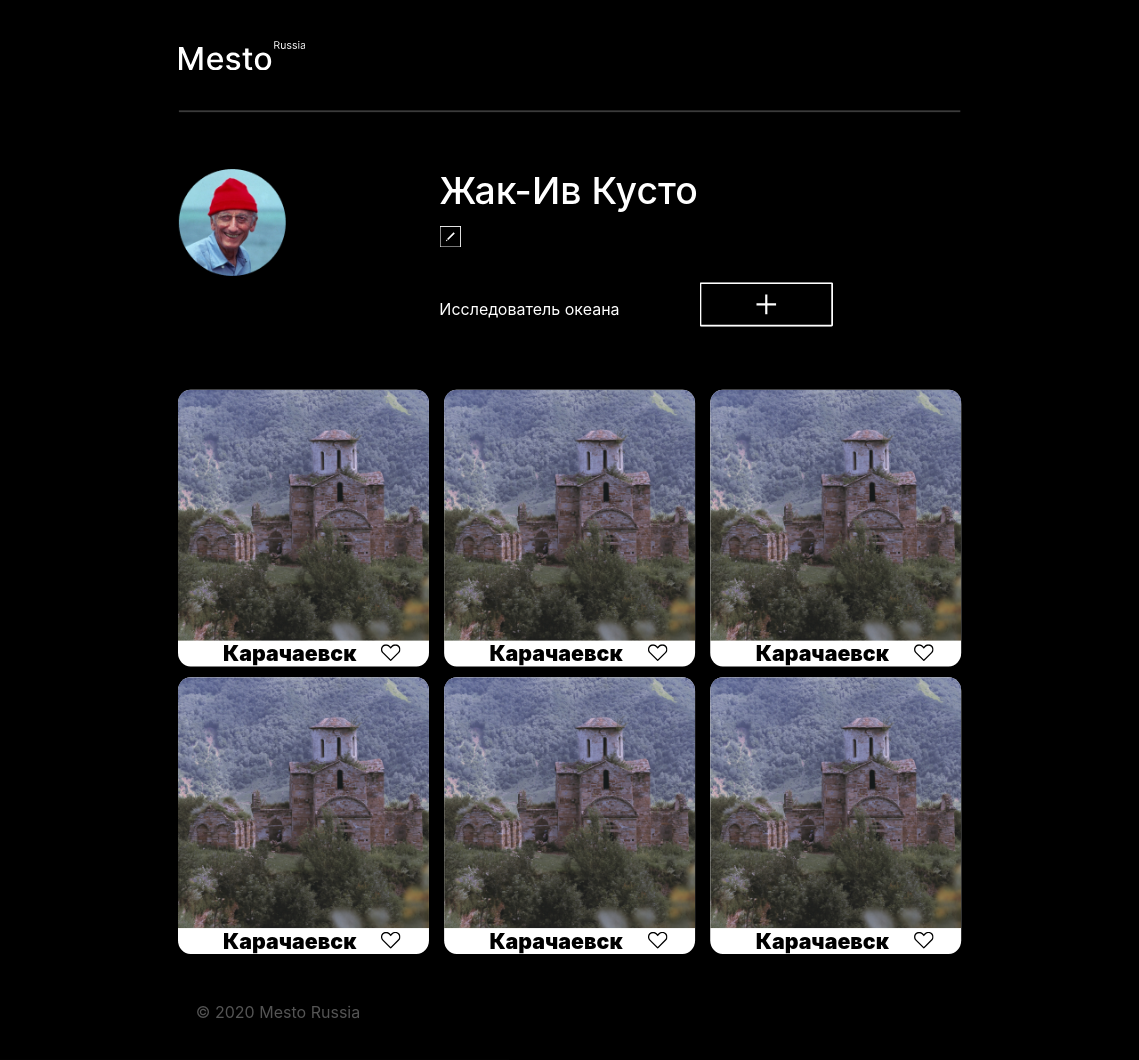
Repository: Ivan2399/mesto-project
Page: index.html
These files come from the project's save history. The page is drawn as it stood at one moment and after the next save; the edit follows.
The browser window is 1280 px wide. The pictures show the whole page, at 89% of full size.

Above is the page before, as saved 2021-11-16 18:26:06.

### index.html
<!DOCTYPE html>
<html lang="ru">

<head>
    <meta charset="UTF-8">
    <meta http-equiv="X-UA-Compatible" content="IE=edge">
    <meta name="viewport" content="width=device-width, initial-scale=1.0">
    <link rel="stylesheet" href="./pages/index.css" />
    <title>Mesto</title>
</head>

<body class="root">
    <div class="page">
        <header class="header">
            <div class="header__container">
                <img class="header__logo" src="images/logo/Vector.svg" alt="Логотип">
                <div class="header__line"></div>
            </div>
        </header>
        <main class="content">
            <section class="profile profile__container_mobile">
                <div class="profile__avatar" alt="Аватарка"></div>
                <h2 class="profile__nickname">Жак-Ив Кусто<button class="profile__buttons_type_editig"></button></h2>
                <p class="profile__hobbyname">Исследователь океана</p>

                <button class="profile__buttons_type_add"></button>
            </section>
            <section class="table">
                <div class="table__container table__container_mobile">
                    <div class="table__card">
                        <img class="table__image" src="images/table/Karachaevsk.png" alt="Крепость">
                        <h2 class="table__title">Карачаевск <img class="table__button table__button_active"
                                src="images/buttons/Vector.svg" alt="Лайк"></h2>
                    </div>
                    <div class="table__card">
                        <img class="table__image" src="images/table/Karachaevsk.png" alt="Крепость">
                        <h2 class="table__title">Карачаевск <img class="table__button table__button_active"
                                src="images/buttons/Vector.svg" alt="Лайк"></h2>
                    </div>
                    <div class="table__card">
                        <img class="table__image" src="images/table/Karachaevsk.png" alt="Крепость">
                        <h2 class="table__title">Карачаевск <img class="table__button table__button_active"
                                src="images/buttons/Vector.svg" alt="Лайк"></h2>
                    </div>
                    <div class="table__card">
                        <img class="table__image" src="images/table/Karachaevsk.png" alt="Крепость">
                        <h2 class="table__title">Карачаевск <img class="table__button table__button_active"
                                src="images/buttons/Vector.svg" alt="Лайк"></h2>
                    </div>
                    <div class="table__card">
                        <img class="table__image" src="images/table/Karachaevsk.png" alt="Крепость">
                        <h2 class="table__title">Карачаевск <img class="table__button table__button_active"
                                src="images/buttons/Vector.svg" alt="Лайк"></h2>
                    </div>
                    <div class="table__card">
                        <img class="table__image" src="images/table/Karachaevsk.png" alt="Крепость">
                        <h2 class="table__title">Карачаевск <img class="table__button table__button_active"
                                src="images/buttons/Vector.svg" alt="Лайк"></h2>
                    </div>
                </div>
            </section>
            <section class="footer">
                <h2 class="footer__logo">© 2020 Mesto Russia</h2>
            </section>
        </main>
    </div>
</body>

</html>

### pages/index.css
@import url(../blocks/root/root.css);
@import url(../blocks/page/page.css);
@import url(../blocks/content/content.css);

/* header */

@import url(../blocks/header/header.css);
@import url(../blocks/header/__container/header__container.css);
@import url(../blocks/header/__logo/header__logo.css);
@import url(../blocks/header/__line/header__line.css);

/* profile */

@import url(../blocks/profile/profile.css);
@import url(../blocks/profile/__avatar/profile__avatar.css);
@import url(../blocks/profile/__container/profile__container.css);
@import url(../blocks/profile/__buttons/profile__buttons.css);
@import url(../blocks/profile/__buttons/_type/profile__buttons_type_add.css);
@import url(../blocks/profile/__buttons/_type/profile__buttons_type_editig.css);
@import url(../blocks/profile/__hobbyname/profile__hobbyname.css);
@import url(../blocks/profile/__nickname/profile__nickname.css);
@import url(../blocks/profile/__container/_mobile/profile__container_mobile.css);

/* table */

@import url(../blocks/table/table.css);
@import url(../blocks/table/__button/table__button.css);
@import url(../blocks/table/__card/table__card.css);
@import url(../blocks/table/__container/table__container.css);
@import url(../blocks/table/__image/table__image.css);
@import url(../blocks/table/__title/table__title.css);
@import url(../blocks/table/__container/_mobile/table__container_mobile.css);
@import url(../blocks/table/__button/_active/table__button_active.css);

/* footer */

@import url(../blocks/footer/footer.css);
@import url(../blocks/footer/__logo/footer__logo.css);

### images/buttons/Vector.svg
<svg width="22" height="19" viewBox="0 0 22 19" fill="none" xmlns="http://www.w3.org/2000/svg">
<path d="M20.2991 9.78586C22.567 7.54338 22.567 3.90213 20.2991 1.68186C18.0311 -0.560619 14.3486 -0.560619 12.0806 1.68186L10.9804 2.792L9.88007 1.70406C7.61215 -0.560619 3.92957 -0.560619 1.6841 1.68186C0.583822 2.76979 0 4.21297 0 5.74496C0 7.27695 0.606277 8.72013 1.6841 9.80806L10.9804 19L20.2991 9.78586ZM1.4371 5.74496C1.4371 4.59042 1.8862 3.52469 2.71702 2.72539C3.5703 1.88168 4.67058 1.45983 5.77086 1.45983C6.87114 1.45983 7.97142 1.88168 8.8247 2.72539L10.9804 4.83465L13.136 2.70318C14.8201 1.03798 17.582 1.03798 19.2437 2.70318C20.0521 3.50248 20.5236 4.56821 20.5236 5.72276C20.5236 6.8773 20.0745 7.94303 19.2437 8.74233L10.9804 16.9351L2.71702 8.76453C1.90865 7.94303 1.4371 6.8773 1.4371 5.74496Z" fill="black"/>
</svg>

### blocks/root/root.css
.root{
    margin: 0;
    padding: 0;
    font-family: "Inter";
    color: #FFFFFF;
}
h1,h2,h3,h4,h5,h6,p{
    margin: 0;
    padding: 0;
    font-family: "Inter";
    color: #FFFFFF;
}

### blocks/page/page.css
.page {
  background-color: #000000;
  max-width: 1280px;
  margin: auto;
}

### blocks/header/header.css
.header{
    display: grid;
}

### blocks/header/__container/header__container.css
.header__container {
  margin: 0 15.7% 0 15.7%;
  max-width: 880px;
  width: 68.6%;
}

### blocks/header/__logo/header__logo.css
.header__logo{
    margin: 5.2% 0 4.7% 0;
}
@media screen and (min-width:300px) and (max-width:600px){
    .header__logo{
        width:103.74px;
        height:24.24px;
    }
}

### blocks/header/__line/header__line.css
.header__line{
    border: 1px solid #545454;
    opacity: 0.7;
}

### blocks/profile/profile.css
.profile {
  display: grid;
  grid-template-columns: repeat(2,1fr);
  margin: 5% 15.7% 0 15.7%;
  max-width: 880px;
  width: 68.6%;
}

### blocks/profile/__avatar/profile__avatar.css
.profile__avatar{
    width:168.75px;
    height:127.5px;
    background-image: url(../../../images/avatar/Avatar.png);
    background-repeat: no-repeat;
}

### blocks/profile/__container/profile__container.css
.profile__container {
  display: flex;
  align-items: center;
  flex-direction: row;
  flex-wrap: wrap;
}

### blocks/profile/__buttons/profile__buttons.css
.profile__buttons{
    display: flex;
    flex-direction: row;
    justify-content: space-between;
    align-items: center;
}

### blocks/profile/__buttons/_type/profile__buttons_type_add.css
.profile__buttons_type_add {
  width: 150px;
  height: 50px;
  background-image: url(../../../../images/buttons/Add\ Button.svg);
  background-color: black;
  border: none;
  background-size: cover;
  background-repeat: no-repeat;

  margin-bottom: 6.7%;
}
.profile__buttons_type_add:hover {
  opacity: 0.6;
  border: 2px solid #ffffff;
  box-sizing: border-box;
  border-radius: 2px;
}

### blocks/profile/__buttons/_type/profile__buttons_type_editig.css
.profile__buttons_type_editig {
  width: 24px;
  height: 24px;
  background-image: url(../../../../images/buttons/Edit\ Button.svg);
  background-color: black;
  border: none;
  background-size: cover;
  background-repeat: no-repeat;
  margin-bottom: 6.7%;
  grid-column: 2;
  grid-row: 1;
}
.profile__buttons_type_editig:hover {
  border: 1px solid #ffffff;
  box-sizing: border-box;
}

### blocks/profile/__hobbyname/profile__hobbyname.css
.profile__hobbyname {
  font-style: normal;
  font-weight: normal;
  font-size: 18px;
  line-height: 22px;
  grid-column: 2;
  padding-top: 6.7%;
}

### blocks/profile/__nickname/profile__nickname.css
.profile__nickname {
  font-style: normal;
  font-weight: 500;
  font-size: 42px;
  line-height: 48px;
}

### blocks/profile/__container/_mobile/profile__container_mobile.css
.profile__container_mobile{
    grid-template-columns: repeat(auto-fit,minmax(200px,1fr));
}

### blocks/table/table.css
.table{
    max-width:880px;
    margin:4% auto 0;
}

### blocks/table/__button/table__button.css
.table__button {
  width: 22px;
  height: 19px;
  /* background-image: url(../../../images/buttons/Vector.svg);
  border: none;
  background-color: white;
  background-size: cover;
  background-repeat: no-repeat; */
  align-self: flex-end;
  margin-left: 10%;
}
.table__button:hover {
  color: #000000;
  opacity: 0.5;
}

### blocks/table/__card/table__card.css
.table__card{
    max-width: 282px;
    background-color: white;

    border-radius: 5%;

    display: flex;
    flex-direction: column;
}

### blocks/table/__container/table__container.css
.table__container{
    display: grid;
    grid-template-columns: repeat(3,1fr);
    gap:2%;
}

### blocks/table/__image/table__image.css
.table__image{
    max-width: 282px;
    max-height: 282px;
    border-radius: 5% 5% 0 0 ;
}

### blocks/table/__title/table__title.css
.table__title {
  max-width: 246px;
  font-style: normal;
  font-weight: 900;
  font-size: 24px;
  line-height: 29px;

  margin-left: 18%;
  color: #000000;
}

### blocks/table/__container/_mobile/table__container_mobile.css
.table__container_mobile{
    grid-template-columns: repeat(auto-fit, minmax(280px, 1fr));
}

### blocks/table/__button/_active/table__button_active.css
.table__button_active:active{
    background-image: url(../../../../images/buttons/Union.png);
    color: black;
}

### blocks/footer/footer.css
.footer{
    max-width: 840px;
    margin: auto;
}

### blocks/footer/__logo/footer__logo.css
.footer__logo {
  font-style: normal;
  font-weight: normal;
  font-size: 18px;
  line-height: 22px;

  color: #545454;
  margin-top: 8%;
  padding-bottom: 5%;
}

Loaded but not shown: blocks/content/content.css (no stored copy; drawn as an empty file)

After the next save:
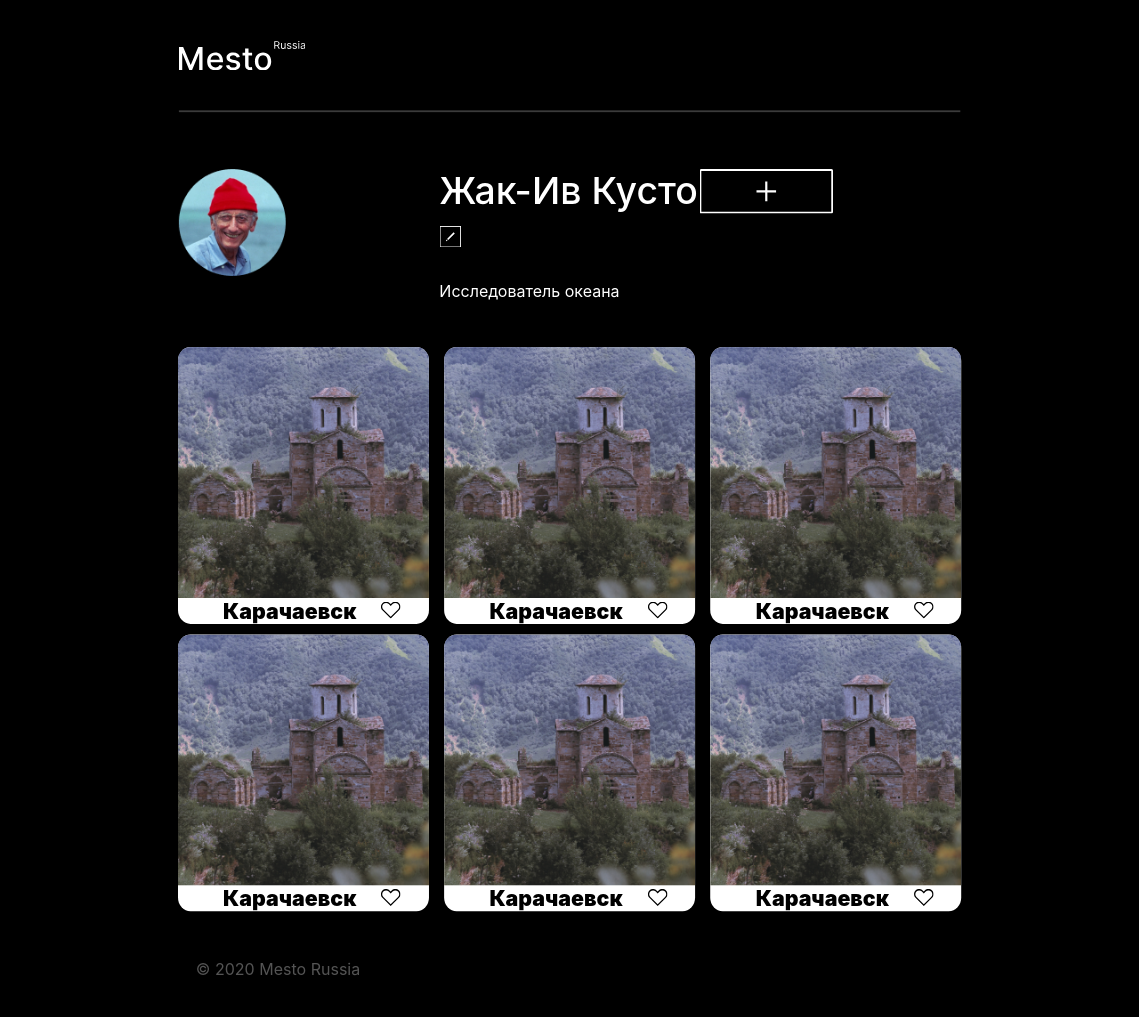
Saved 2 min 3 s later.
--- a/index.html
+++ b/index.html
@@ -20,8 +20,11 @@
         <main class="content">
             <section class="profile profile__container_mobile">
                 <div class="profile__avatar" alt="Аватарка"></div>
-                <h2 class="profile__nickname">Жак-Ив Кусто<button class="profile__buttons_type_editig"></button></h2>
+                <div>
+                    <h2 class="profile__nickname">Жак-Ив Кусто<button class="profile__buttons_type_editig"></button></h2>
                 <p class="profile__hobbyname">Исследователь океана</p>
+                </div>
+
 
                 <button class="profile__buttons_type_add"></button>
             </section>
